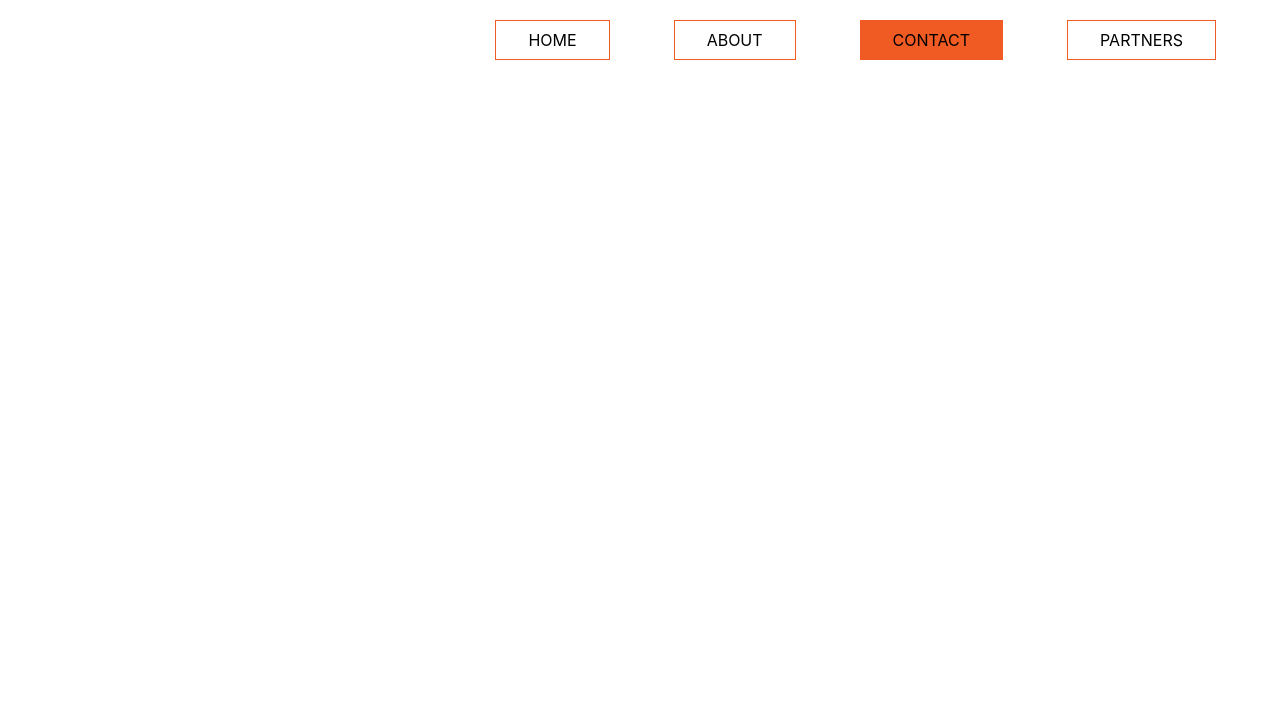
Repository: legenddev1202/whyclicktv
Page: /contact
These files come from the project's save history. The page is drawn as it stood at one moment and after the next save; the edit follows.
The browser window is 1280 px wide. The pictures show the whole page.
The project was rebuilt for these pictures with package versions that can differ from the ones it lists, and the page was loaded fresh each time. Also part of the build but not shown: src/pages/home.js, src/pages/about.js, src/App.css.

Above is the page before, as saved 2022-03-31 09:29:59.

### src/index.css
@tailwind base;
@tailwind components;
@tailwind utilities;

body {
  margin: 0;
  font-family: -apple-system, BlinkMacSystemFont, "Segoe UI", "Roboto", "Oxygen",
    "Ubuntu", "Cantarell", "Fira Sans", "Droid Sans", "Helvetica Neue",
    sans-serif;
  -webkit-font-smoothing: antialiased;
  -moz-osx-font-smoothing: grayscale;
  height: 100%;
  min-height: 500px;
}

code {
  font-family: source-code-pro, Menlo, Monaco, Consolas, "Courier New",
    monospace;
}

### src/App.js
import { Routes, Route, Link } from "react-router-dom";
import Home from "./pages/home";
import About from "./pages/about";
import "./App.css";
import Contact from "./pages/contact";

function App() {
  return (
    <Routes>
      <Route path="/" element={<Home />} />
      <Route path="about" element={<About />} />
      <Route path="contact" element={<Contact />} />
    </Routes>
  );
}

export default App;

### src/pages/contact.js
import React from "react";
import { Routes, Route, Link } from "react-router-dom";

function Contact() {
  return (
    <div className=" relative h-full w-full">
      <div className="bg-transparent w-full h-20 flex items-center px-8 justify-between z-20 absolute">
        <div></div>
        <div className="bg-transparent">
          <button
            className="h-10 px-8 mx-8 border"
            style={{ borderColor: "#F05A23" }}
          >
            <Link to="/">HOME</Link>
          </button>
          <button
            className="h-10 px-8 mx-8 border"
            style={{ borderColor: "#F05A23" }}
          >
            <Link to="/about">ABOUT</Link>
          </button>
          <button
            className="h-10 px-8 mx-8 border"
            style={{ borderColor: "#F05A23", backgroundColor: "#F05A23" }}
          >
            <Link to="/contact">CONTACT</Link>
          </button>
          <button
            className="h-10 px-8 mx-8 border"
            style={{ borderColor: "#F05A23" }}
          >
            <Link to="/contact">PARTNERS</Link>
          </button>
        </div>
      </div>
      <div
        className="absolute w-4 h-full left-0 right-0 mx-auto z-10"
        style={{ backgroundColor: "#F05A23" }}
      ></div>
    </div>
  );
}

export default Contact;

Loaded but not shown: public/index.html (common file); src/index.js (common file); src/reportWebVitals.js (common file); tailwind.config.js (common file)

After the next save:
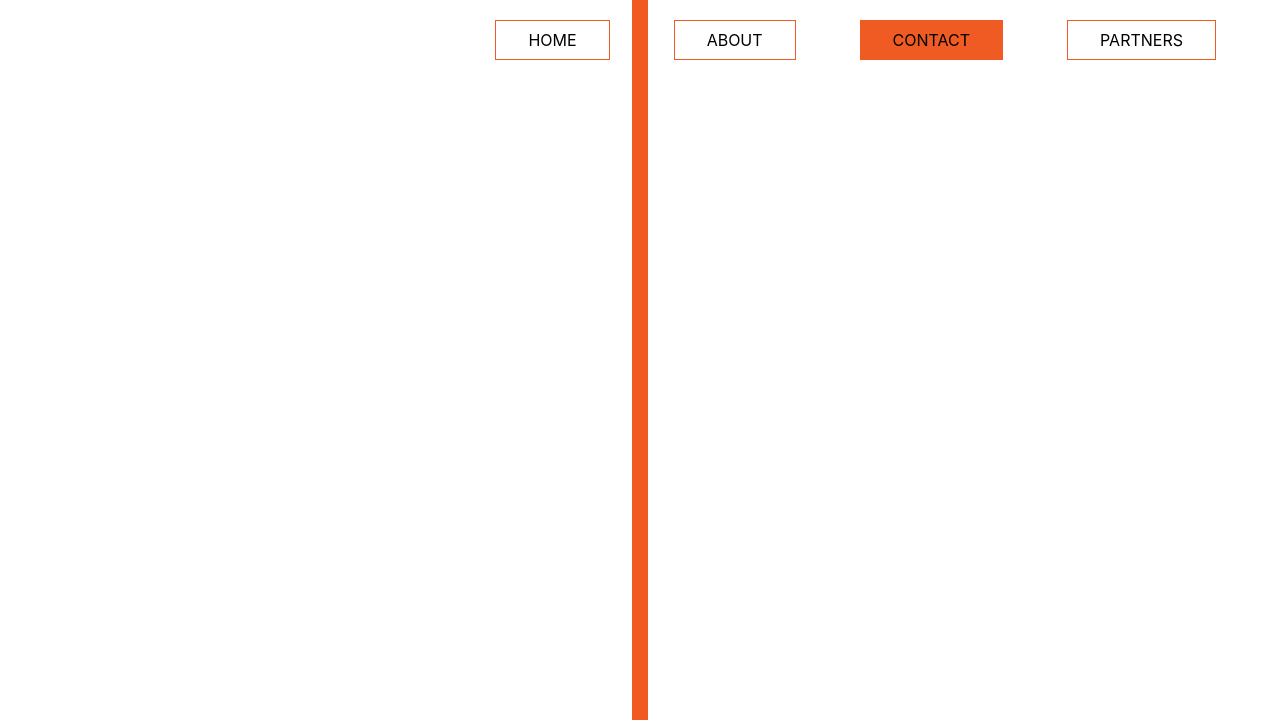
Saved 34 s later.
--- a/src/pages/contact.js
+++ b/src/pages/contact.js
@@ -35,7 +35,7 @@ function Contact() {
       </div>
       <div
         className="absolute w-4 h-full left-0 right-0 mx-auto z-10"
-        style={{ backgroundColor: "#F05A23" }}
+        style={{ backgroundColor: "#F05A23", height: "100vh" }}
       ></div>
     </div>
   );
